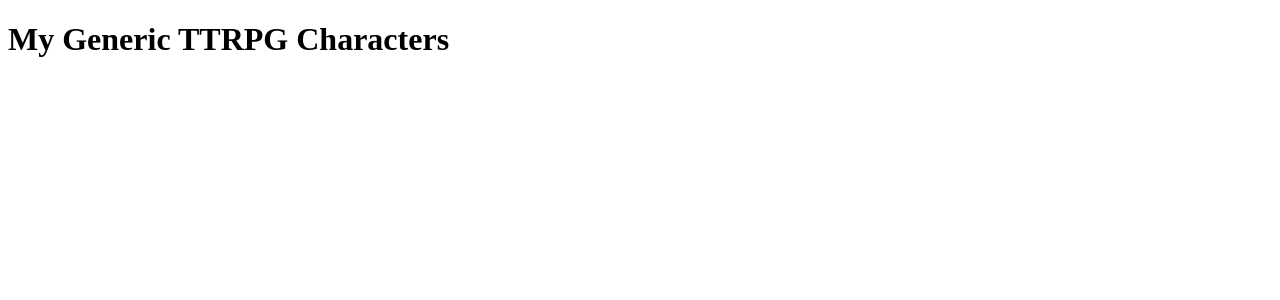
Repository: DanLouis4/CST-GCU-323
Page: cloud-app/src/main/resources/static/index.html
An editor plug-in stored every save of this project. The page is shown before and after the next save, followed by the edit.
The browser window is 1280 px wide. The pictures show the whole page.

Above is the page before, as saved 2026-03-06 00:40:24.

### cloud-app/src/main/resources/static/index.html
<!DOCTYPE html>
<html>
	<head>
		<meta charset="UTF-8">
		<title>Cloud App - My Characters</title>
	</head>

	<body>
		<h1>My Generic TTRPG Characters</h1>
	</body>
</html>

After the next save:
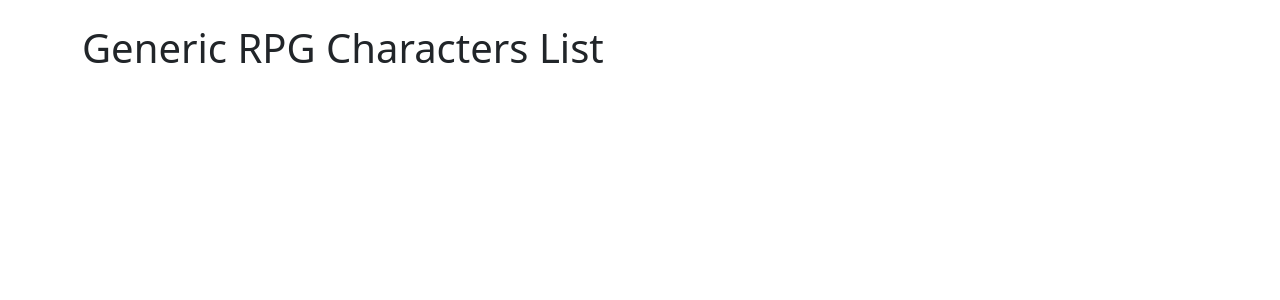
Saved 4 min 23 s later.
--- a/cloud-app/src/main/resources/static/index.html
+++ b/cloud-app/src/main/resources/static/index.html
@@ -1,11 +1,15 @@
 <!DOCTYPE html>
-<html>
-	<head>
-		<meta charset="UTF-8">
-		<title>Cloud App - My Characters</title>
-	</head>
+<html xmlns:th="http://www.thymeleaf.org">
+<head>
+    <title>Cloud App - My Characters</title>
 
-	<body>
-		<h1>My Generic TTRPG Characters</h1>
-	</body>
+    <link href="https://cdn.jsdelivr.net/npm/bootstrap@5.3.2/dist/css/bootstrap.min.css"
+          rel="stylesheet">
+</head>
+
+<body class="container">
+
+<h1 class="mt-4 ">Generic RPG Characters List</h1>
+
+</body>
 </html>
